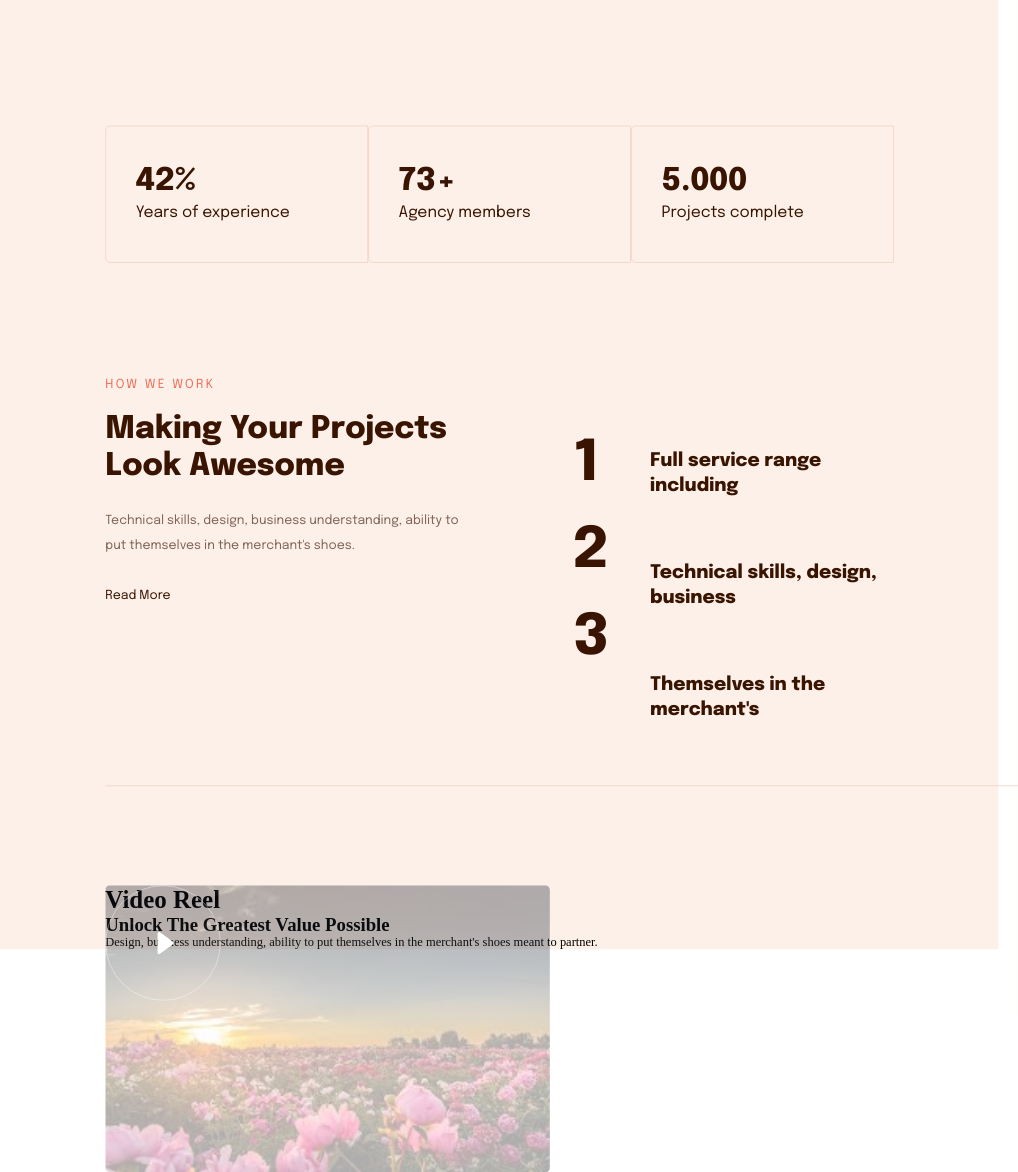
Repository: AytacJafarova/task2
Page: index.html
These files come from the project's save history. The page is drawn as it stood at one moment and after a run of saves; the edit follows.
The browser window is 1280 px wide. The page is 1305 px wide, so the pictures cover 1305 px, including what lies to the right of the window. The pictures show the whole page, at 78% of full size.

Above is the page before, as saved 2023-08-01 13:56:13.

After the next 2 saves:
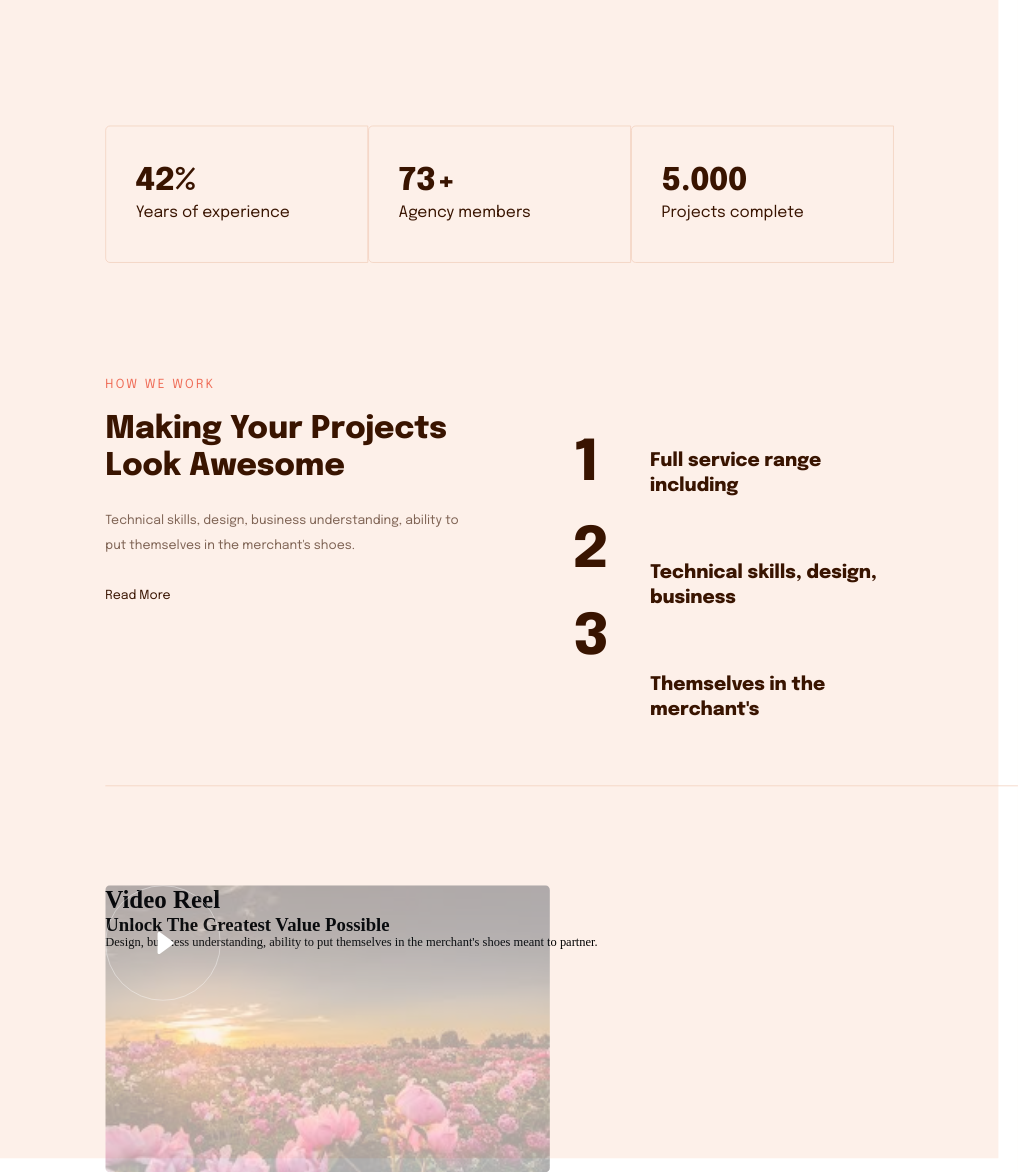
The 2 saves are shown as one change because they came seconds apart.
The last was saved 4 min 15 s later.
--- a/index.css
+++ b/index.css
@@ -5,7 +5,7 @@
     box-sizing: border-box;
 }
 .container {
-    padding: 161px 134px 0 135px;
+    padding: 161px 134px 268px 135px;
     background: #FDF0E9;
 }
 .projects ul {
